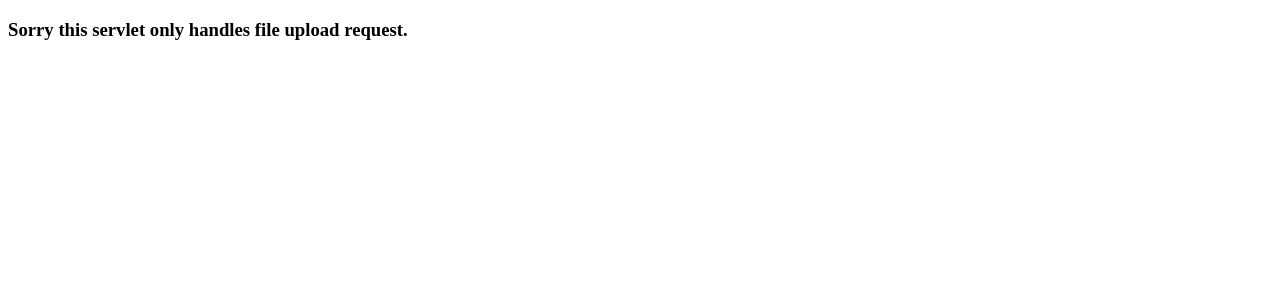
Repository: UnforgivenZZZ/bulldog
Page: http://localhost/bulldog/upload
These files come from the project's save history. The page is drawn as it stood at one moment and after a run of saves; the edit follows.
The browser window is 1280 px wide. The pictures show the whole page.
The page is served by Tomcat 9.

Above is the page before, as saved 2017-07-18 22:24:17.

After the next 2 saves:
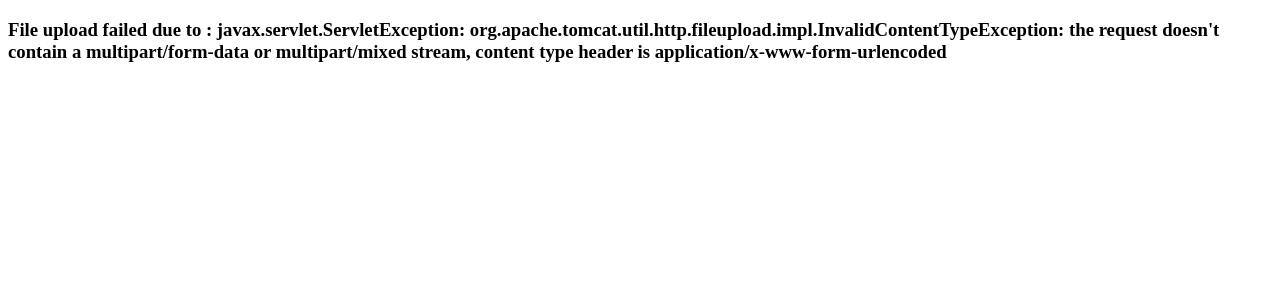
The 2 saves are shown as one change because 1 did not build or start.
The last was saved 39 s later.
--- a/bulldog/src/com/admin/server/upload.java
+++ b/bulldog/src/com/admin/server/upload.java
@@ -53,8 +53,6 @@
 		// TODO Auto-generated method stub
 		// compare type
 
-		if(ServletFileUpload.isMultipartContent(request))
-		{
 			try
 			{
 				System.out.println(request.getParameter("user"));
@@ -86,11 +84,11 @@
 			{
 				request.setAttribute("message", "File upload failed due to : " + ex);
 			}
-		}
-		else
-		{
-			request.setAttribute("message", "Sorry this servlet only handles file upload request.");
-		}
+		//}
+//		else
+//		{
+//			request.setAttribute("message", "Sorry this servlet only handles file upload request.");
+//		}
 		request.getRequestDispatcher("/result.jsp").forward(request, response);
 	}
 
